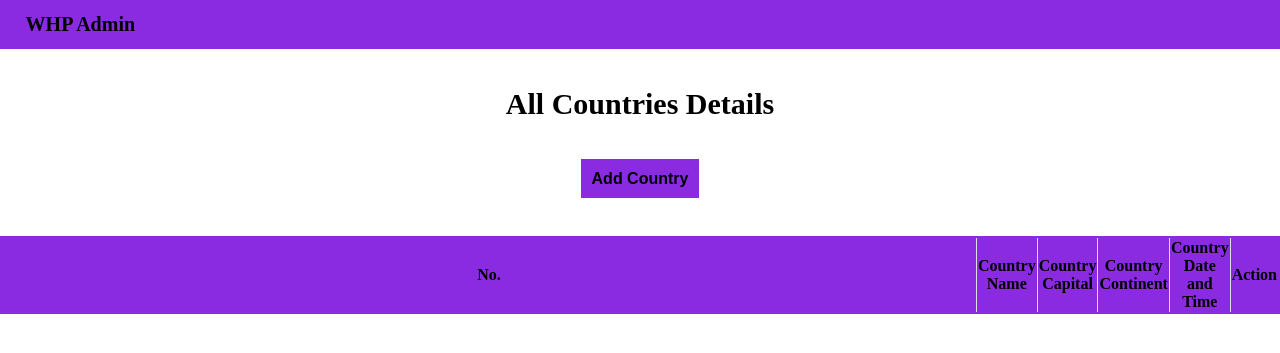
Repository: sabinaPetrisor/World_Hour_Project
Page: http://localhost/WorldHourProject/jsp/admin.jsp
These files come from the project's save history. The page is drawn as it stood at one moment and after the next save; the edit follows.
The browser window is 1280 px wide. The pictures show the whole page.
The page is served by Tomcat 9. Queries for data that is not in the repository find no rows.

Above is the page before, as saved 2023-08-09 07:39:04.

After the next save:
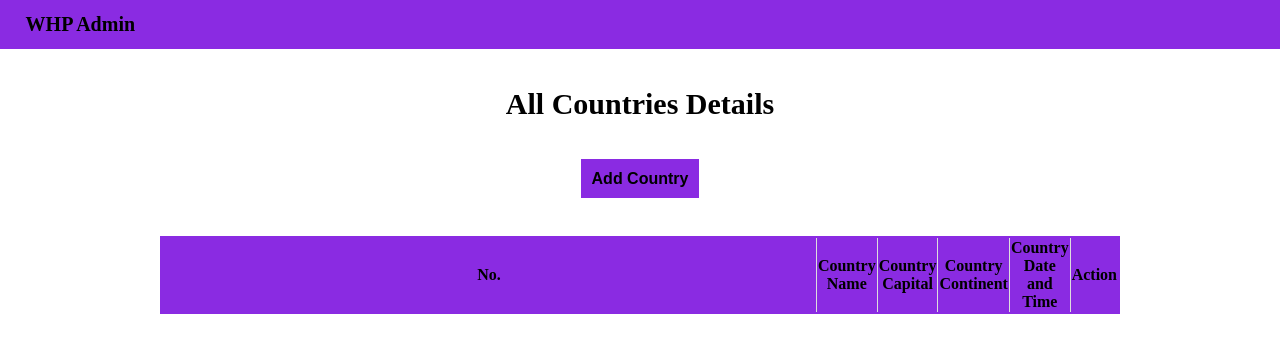
Saved 12 s later.
--- a/WorldHourProject/src/main/webapp/css/admin.css
+++ b/WorldHourProject/src/main/webapp/css/admin.css
@@ -35,7 +35,7 @@
 .tbl {
 	margin: 0 auto;
 	border-collapse: collapse;
-	width: auto;
+	width: 75%;
 	table-layout: auto;
 	/*width: auto;*/
 
